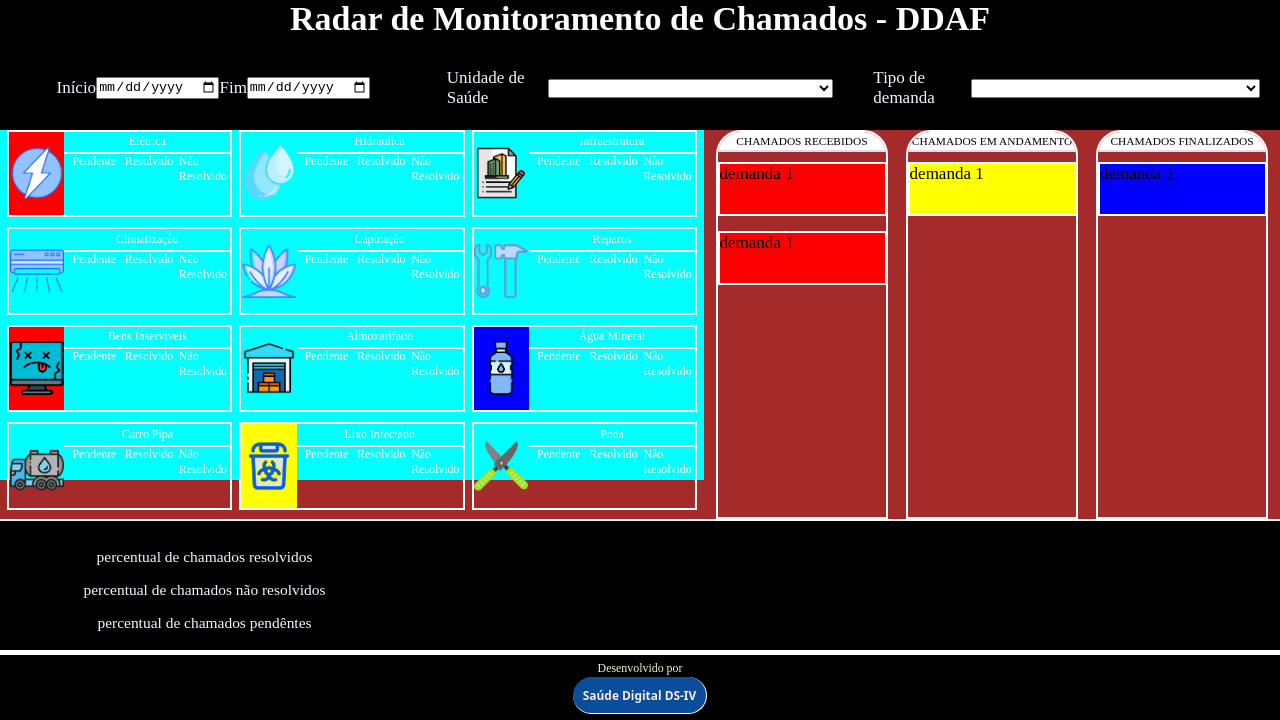
Repository: br-on/ddaf-chamados
Page: index.html
An editor plug-in stored every save of this project. The page is shown before and after the next save, followed by the edit.
The browser window is 1280 px wide. The pictures show the whole page.
The page's requests for data from a server got no answer.

Above is the page before, as saved 2025-01-26 05:17:31.

After the next save:
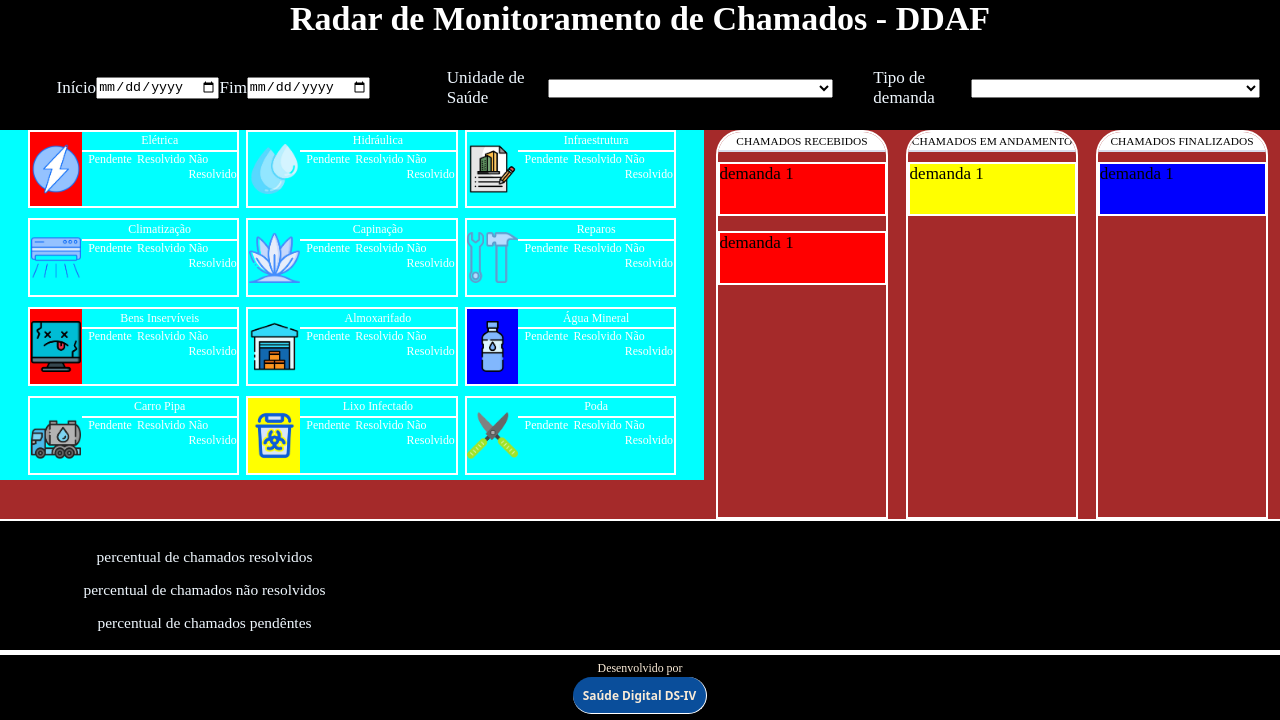
Saved 41 s later.
--- a/style.css
+++ b/style.css
@@ -273,10 +273,6 @@ footer {
         font-size: 0.7em;
         width: 55%;
         height: 90%;
-        display: grid;
-        justify-content: center;
-        grid-template-columns: 32% 32% 32%;
-        grid-template-rows: 25% 25% 25% 25%;
         column-gap: 1%;
     }
     .titulo-tipo-demanda {
